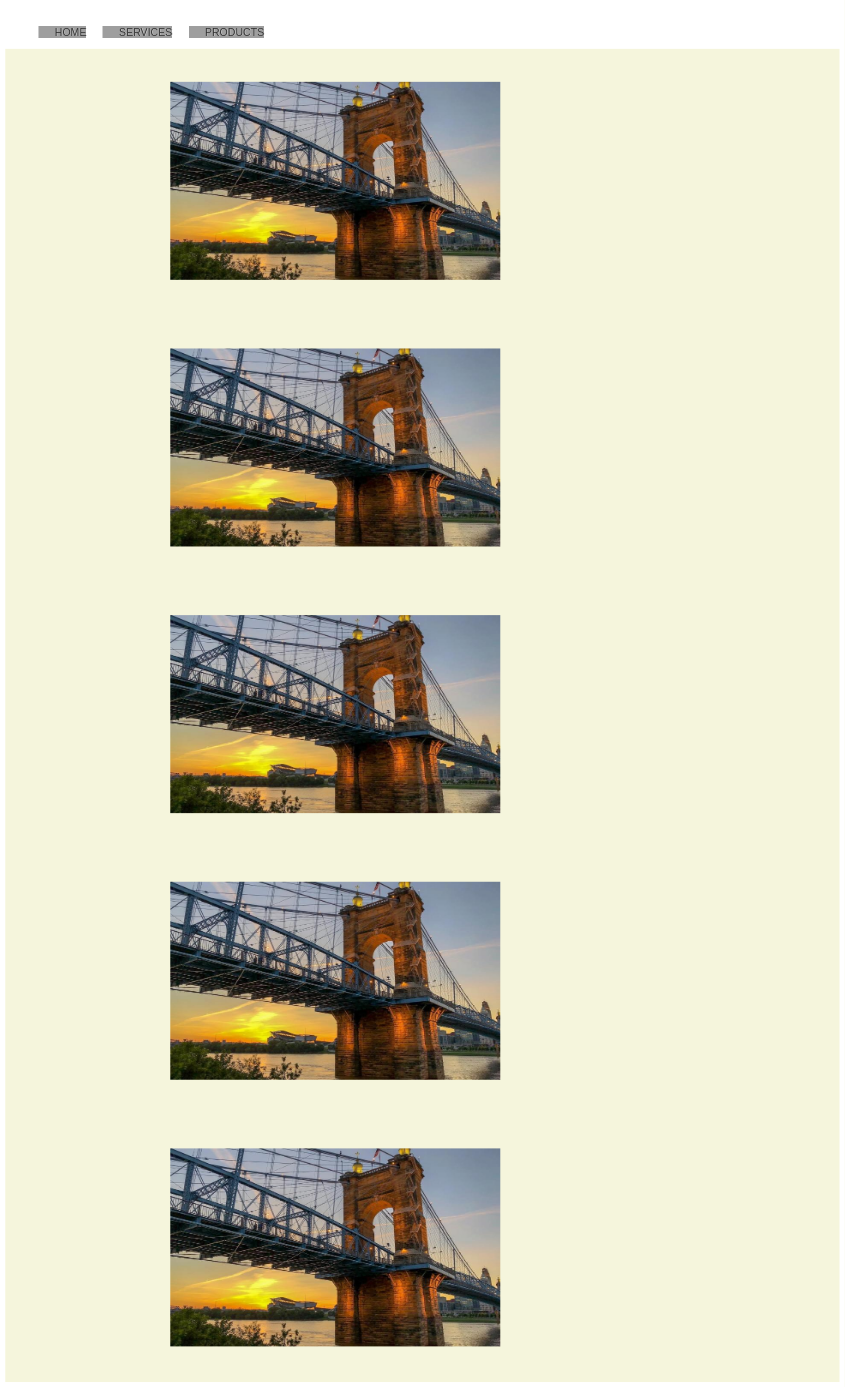
Repository: LtGriff/capstoneprogress
Page: index.html
The author's editor kept a copy of each file at every save. The page is drawn from the files as they stood at one save, then again after the next save.
The browser window is 1280 px wide. The pictures show the whole page, at 66% of full size.
Pictures or frames that could not be fetched are drawn as grey boxes.

Above is the page before, as saved 2022-06-06 00:15:12.

### index.html
<!DOCTYPE html>
<html lang="en">
<head>
     <meta charset="UTF-8">
     <meta http-equiv="X-UA-Compatible" content="IE=edge">
     <meta name="viewport" content="width=device-width, initial-scale=1.0">
     <title>Document</title>
     <link rel="stylesheet" href="style.css">
</head>
<body>


     </html><nav id="main-menu">
     <ul class="nav-bar">
          <li class="nav-button-home"><a href="#">Home</a></li>
          <li class="nav-button-services"><a href="#">Services</a></li>
          <li class="nav-button-products"><a href="#">Products</a></li>
     </ul>
</nav>


<section class="gallery">
     <div class="picture">
          <img src="img/bridge.jpg" alt="bridge">


     </div>

     <div class="picture">
          <img src="img/bridge.jpg" alt="bridge">


     </div>

     <div class="picture">
          <img src="img/bridge.jpg" alt="bridge">


     </div>

     <div class="picture">
          <img src="img/bridge.jpg" alt="bridge">


     </div>


     <div class="picture">
          <img src="img/bridge.jpg" alt="bridge">


     </div>
</section>


</body>

### style.css
body { font-family: sans-serif; }

#main-menu .nav-bar { list-style:none; margin-top: 40px; }
#main-menu .nav-bar li { display:inline; padding:0 10px; }

#main-menu .nav-bar li a {
  text-decoration: none;
  padding-left: 25px;
  text-transform: uppercase;
  color: #333;
	text-shadow: 1px 1px 1px #ccc;
}

.nav-bar .nav-button-home a { background:url("https://www.cheesetoast.co.uk/cheesepress/wp-content/uploads/2012/08/home.gif") no-repeat 0px -2px transparent; }

.nav-bar .nav-button-services a { background:url("https://www.cheesetoast.co.uk/cheesepress/wp-content/uploads/2012/08/services.gif") no-repeat 0px -2px transparent; }

.nav-bar .nav-button-products a { background:url("https://www.cheesetoast.co.uk/cheesepress/wp-content/uploads/2012/08/products.gif") no-repeat 0px -2px transparent; }


.gallery{
  display: flex;
  flex-direction: row;
  flex-wrap: wrap;
  justify-content: space-between;
  background-color: beige;
  height: 100%;
  padding: 0px 200px;
}

.gallery .picture{
  margin: 50px;
}

.gallery .picture img{
  width: 500px;
  height: 300px;
  box-shadow: 0px 0px 32px -1px rgba(0, 0, 0, );
}

After the next save:
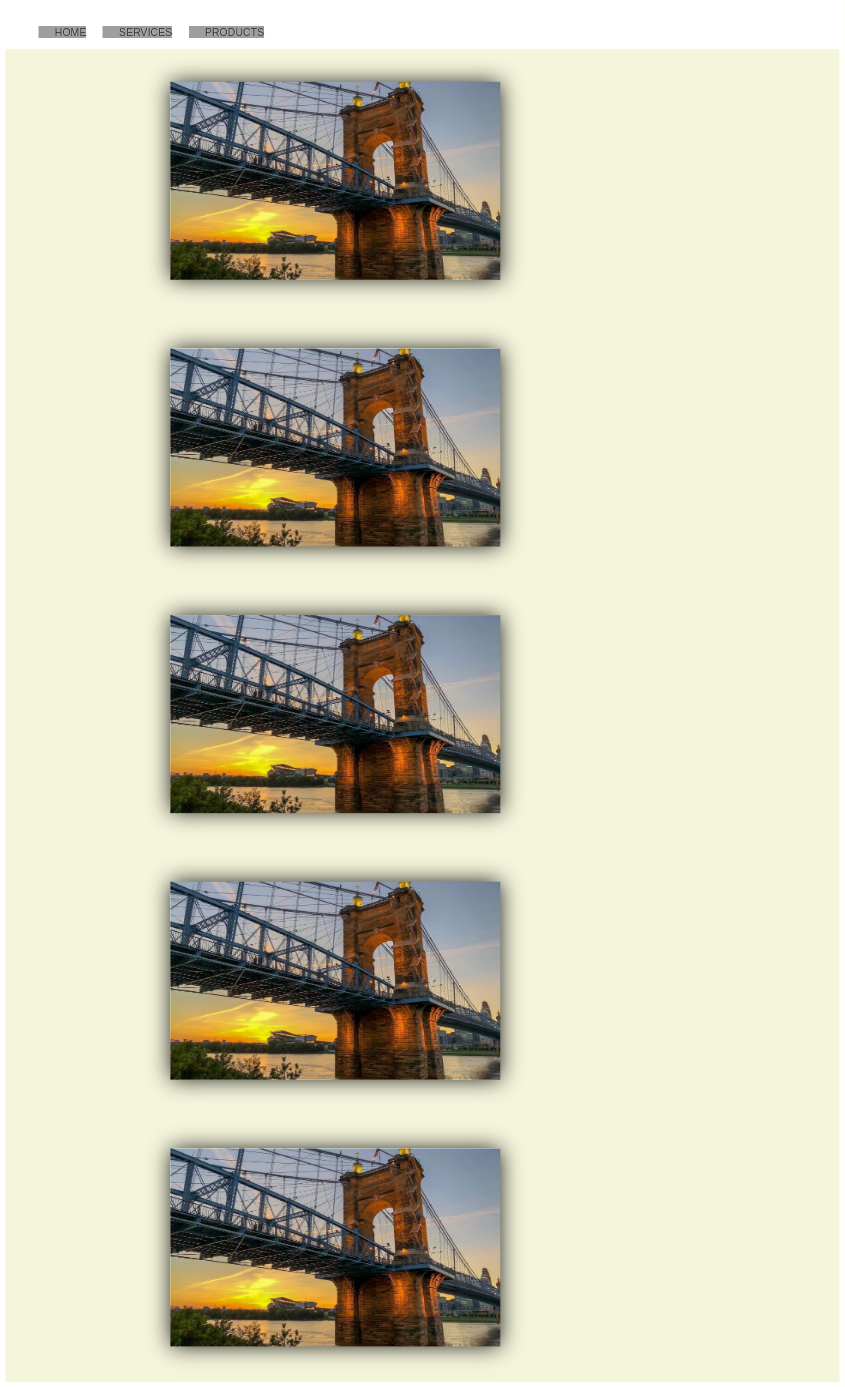
Saved 7 s later.
--- a/style.css
+++ b/style.css
@@ -35,5 +35,5 @@ body { font-family: sans-serif; }
 .gallery .picture img{
   width: 500px;
   height: 300px;
-  box-shadow: 0px 0px 32px -1px rgba(0, 0, 0, );
+  box-shadow: 0px 0px 32px -1px rgba(0, 0, 0, 0.9);
 }
